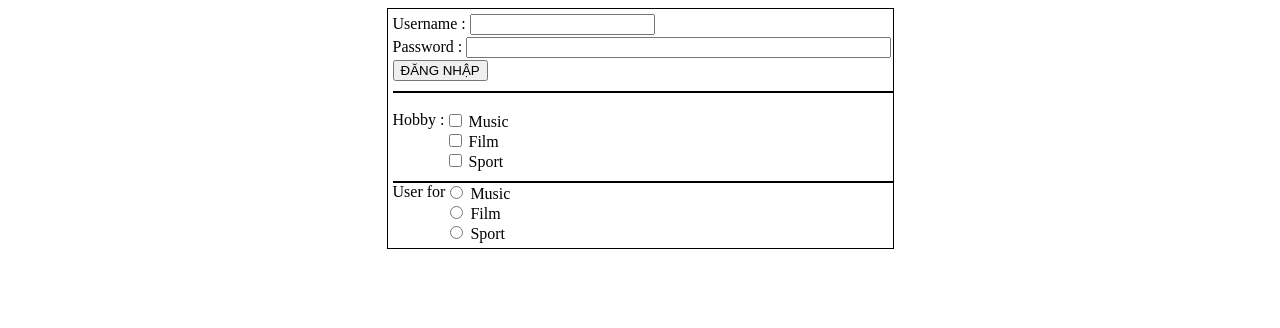
Repository: Tan-Khang21/TH_TKW--Buoi_04
Page: Bai_Tap_Mau/Bai_02/Bai_02.html
An editor plug-in stored every save of this project. The page is shown before and after the next save, followed by the edit.
The browser window is 1280 px wide. The pictures show the whole page.

Above is the page before, as saved 2024-03-05 22:34:50.

After the next save:
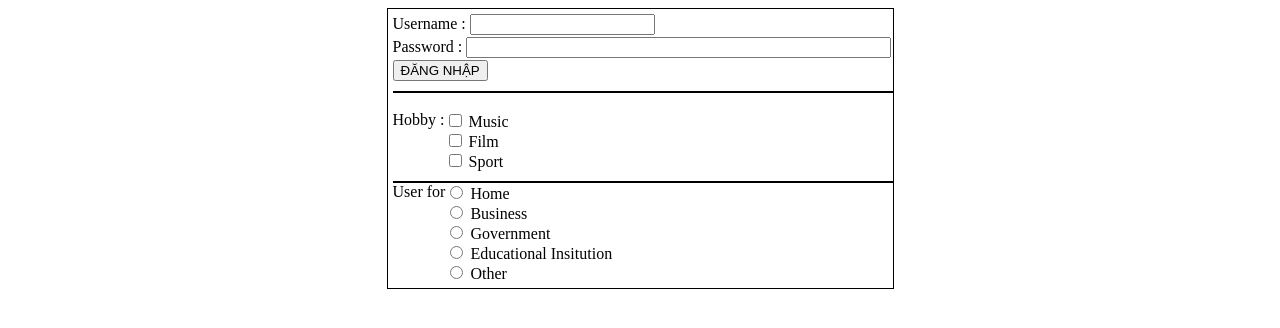
Saved 2 min 26 s later.
--- a/Bai_Tap_Mau/Bai_02/Bai_02.html
+++ b/Bai_Tap_Mau/Bai_02/Bai_02.html
@@ -46,9 +46,11 @@
         <span>User for </span>
         <div style="display: flex; flex-direction: column">
 
-          <div><input name="radio" type="radio"  /> Music</div>
-          <div><input name="radio" type="radio" /> Film</div>
-          <div><input name="radio" type="radio" /> Sport</div>
+          <div><input name="radio" type="radio"  /> Home</div>
+          <div><input name="radio" type="radio" /> Business</div>
+          <div><input name="radio" type="radio" /> Government</div>
+          <div><input name="radio" type="radio" /> Educational Insitution</div>
+          <div><input name="radio" type="radio" /> Other</div>
         </div>
       </div>
     </form>
